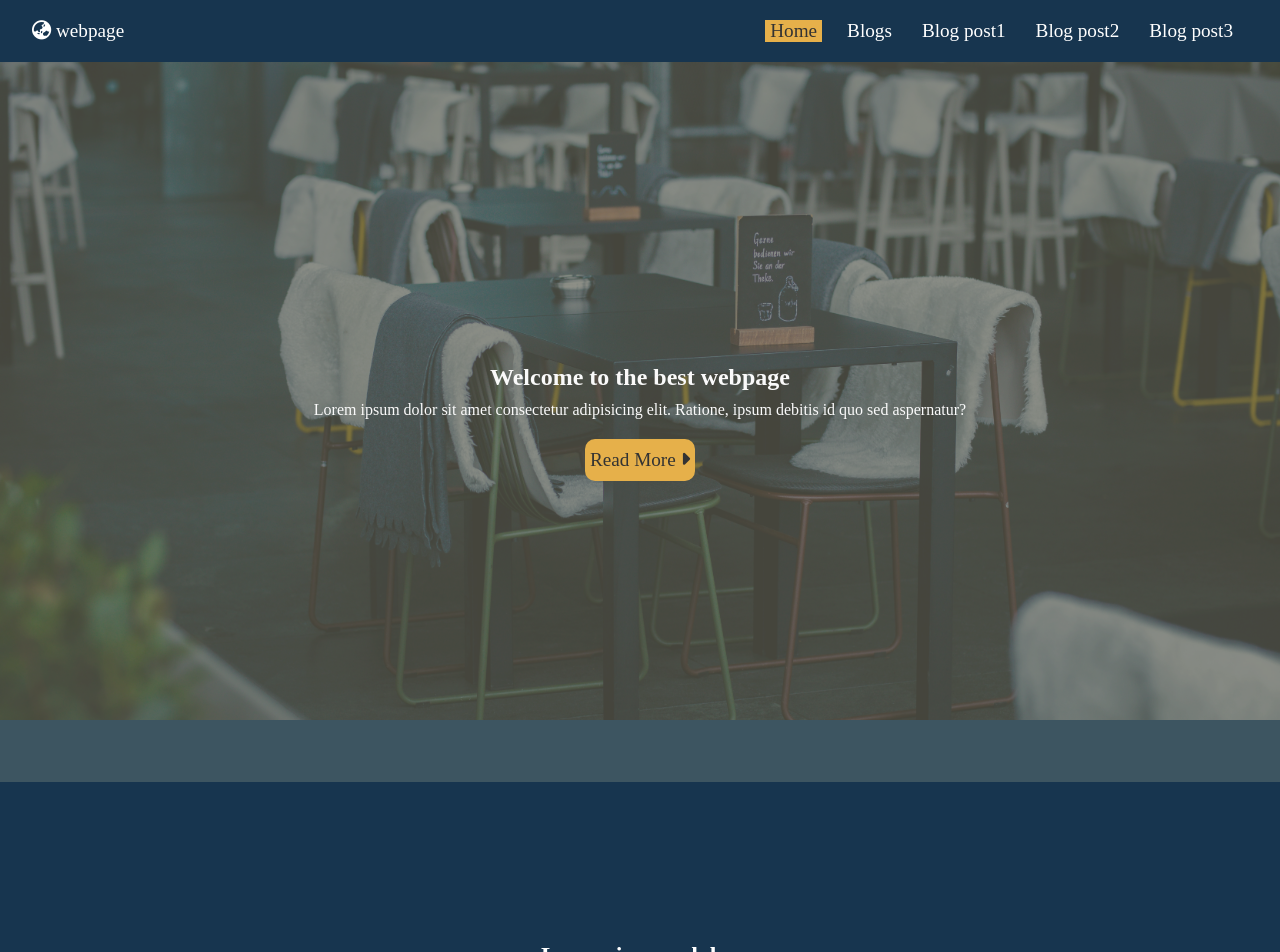
Repository: reemoon-ctrl/Landing-Page-Project
Page: index.html
An editor plug-in stored every save of this project. The page is shown before and after a run of saves, followed by the edit.
The browser window is 1280 px wide. The pictures show the part of the page from y = 0 to 952 px (the page is 5730 px tall).
Some web libraries are served in a nearby version.

Above is the page before, as saved 2025-04-10 12:13:45.

After the next 8 saves:
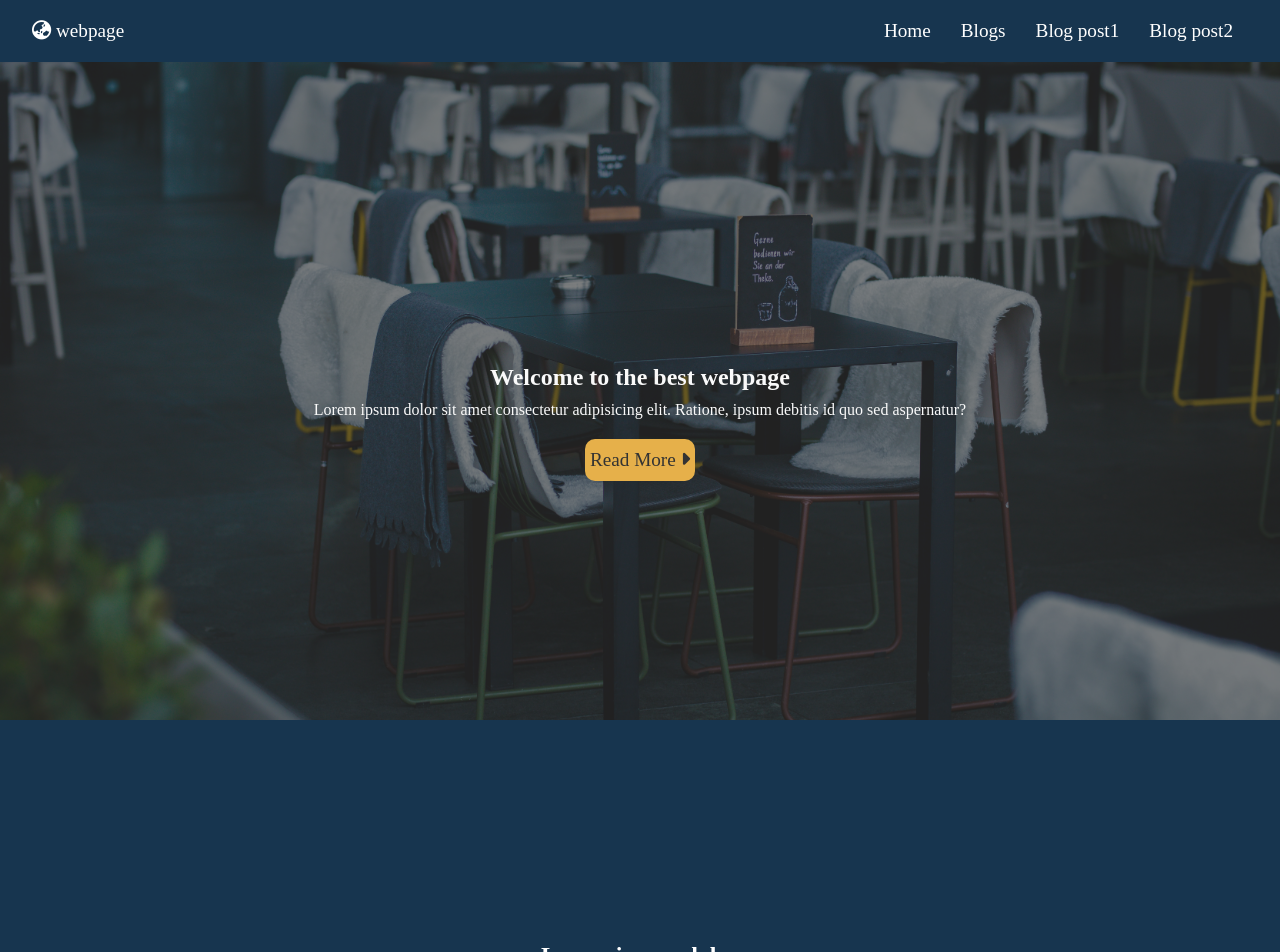
Console error: SyntaxError: Unexpected token '}'
The 8 saves are shown as one change because they came seconds apart.
The last was saved 20 s later.
--- a/js/app.js
+++ b/js/app.js
@@ -44,8 +44,9 @@
   const navBarFixedPosition = header.offsetTop;
 
   if (pageYOffset > navBarFixedPosition) {
-    header.classList.add("")
+    header.classList.add("fixed");
   }
+  else
 }
 
 // Function to smooth scrolling of nav item

After the 2 saves that followed:
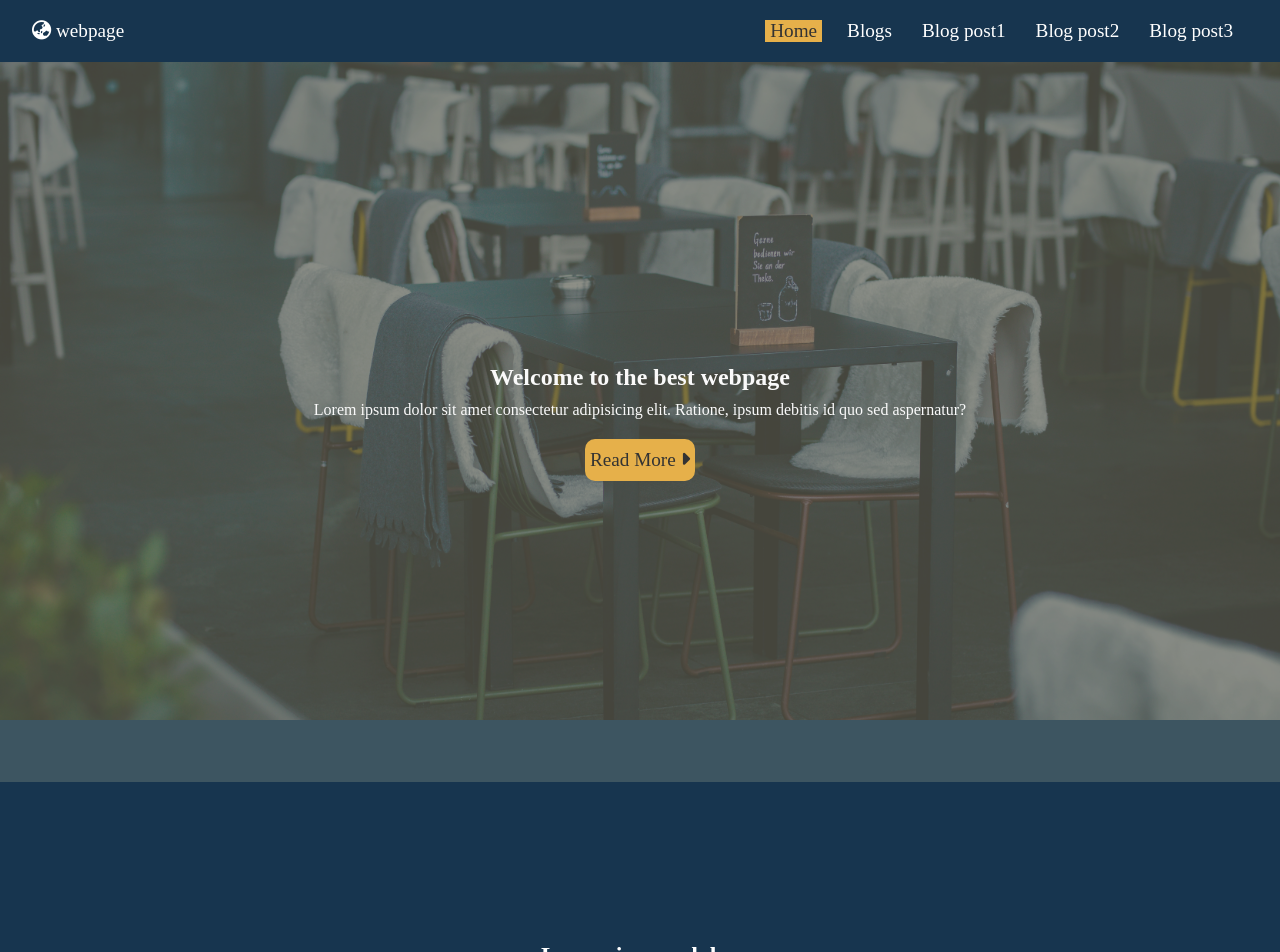
The error is gone.
The 2 saves are shown as one change because they came seconds apart.
The last was saved 7 s later.
--- a/js/app.js
+++ b/js/app.js
@@ -46,7 +46,9 @@
   if (pageYOffset > navBarFixedPosition) {
     header.classList.add("fixed");
   }
-  else
+  else {
+
+  }
 }
 
 // Function to smooth scrolling of nav item
